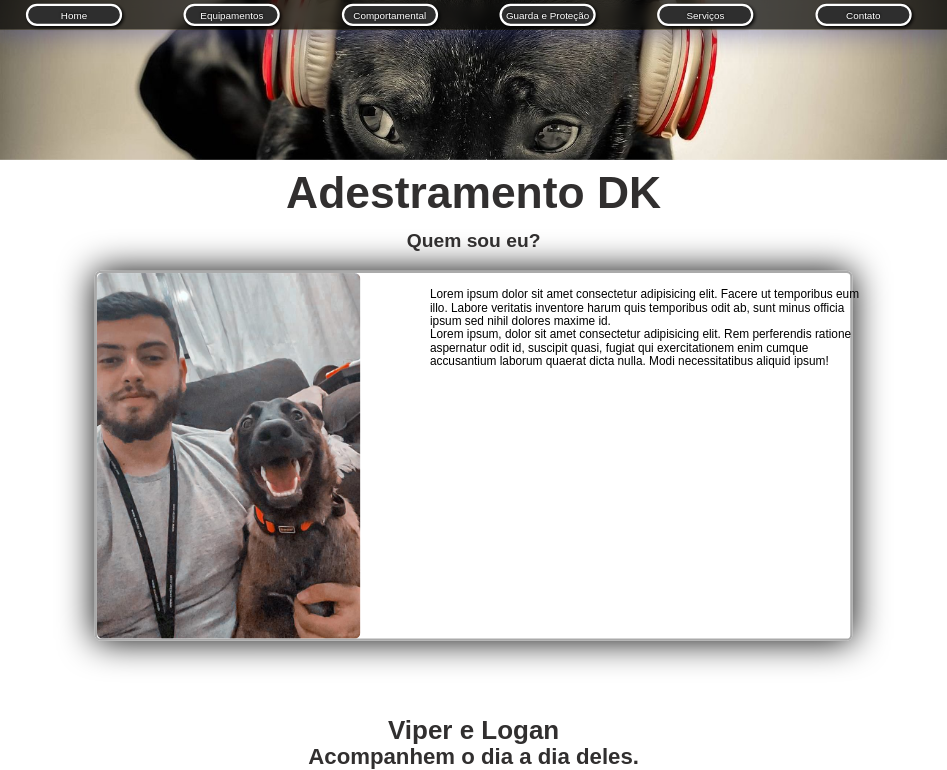
Repository: KevynMarques/Blog-React-StyledComponent
Page: /
These files come from the project's save history. The page is drawn as it stood at one moment and after the next save; the edit follows.
The browser window is 1280 px wide. The pictures show the whole page, at 74% of full size.
The project was rebuilt for these pictures with package versions that can differ from the ones it lists, and the page was loaded fresh each time.

Above is the page before, as saved 2022-02-01 19:00:54.

After the next save:
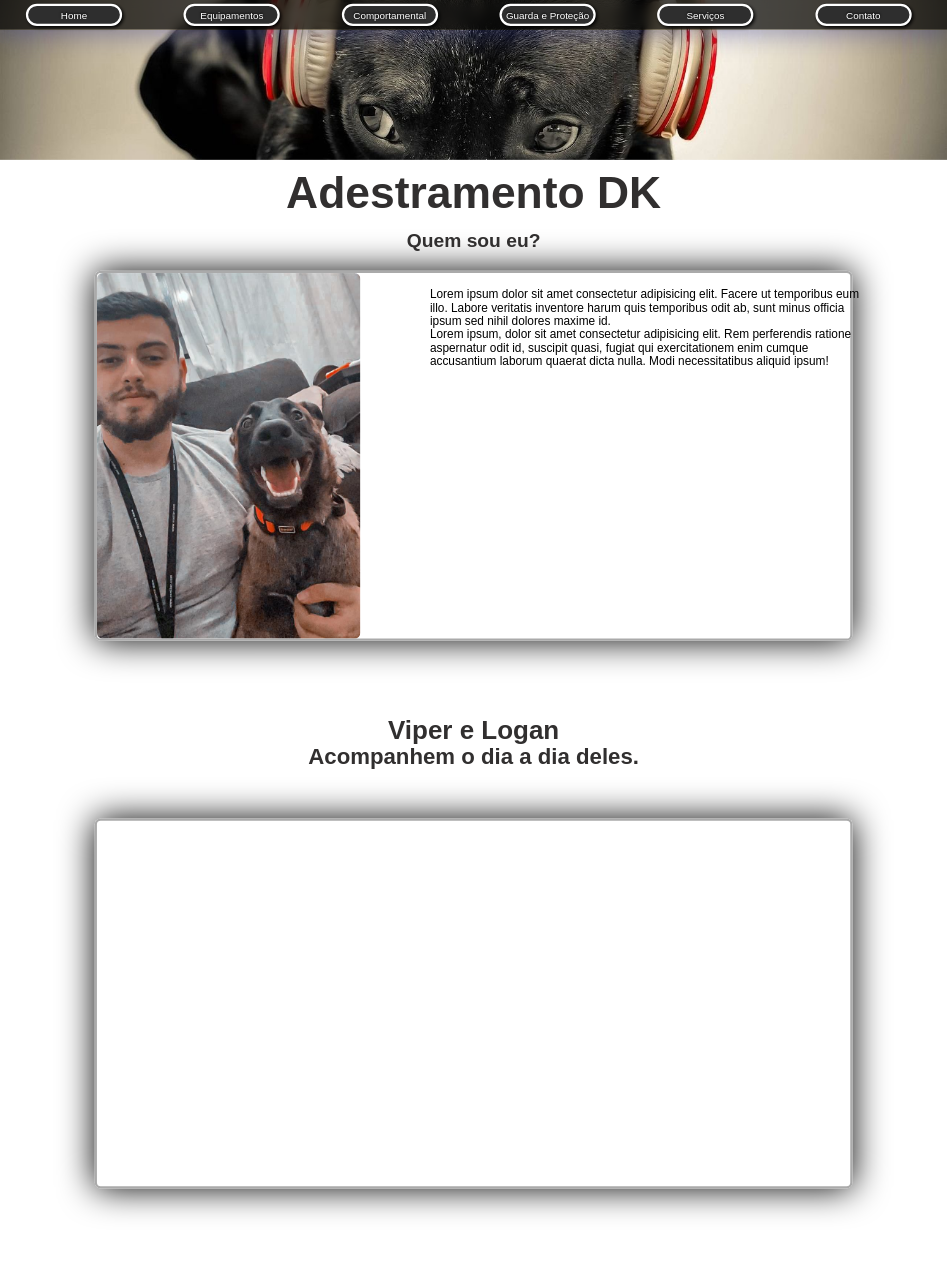
Saved 6 s later.
--- a/src/Components/Sobre/index.jsx
+++ b/src/Components/Sobre/index.jsx
@@ -30,7 +30,9 @@ export default () => {
     </Tittle>
 
 
+   <Dogs>
 
+   </Dogs>
 
 </>
 
